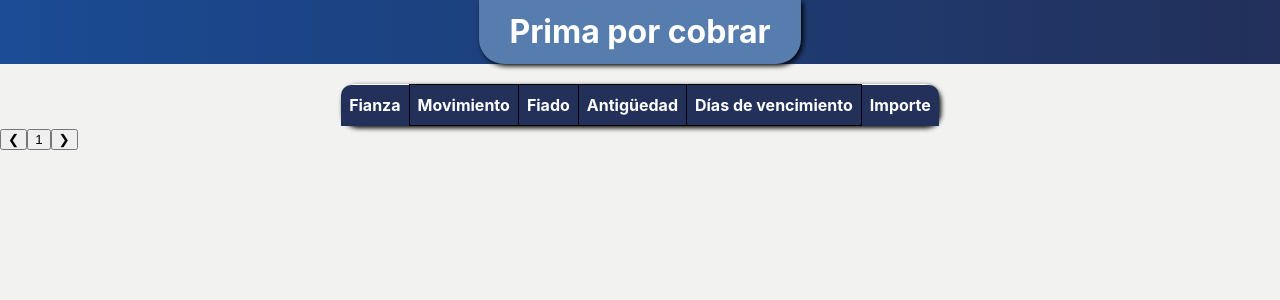
Repository: PCGP22/prueba-t-cnica-liberty-finanzas
Page: / (app in Prueba técnica full-stack/client/)
An editor plug-in stored every save of this project. The page is shown before and after the next save, followed by the edit.
The browser window is 1280 px wide. The pictures show the whole page.
The page's requests for data from a server got no answer. The project was rebuilt for these pictures with package versions that can differ from the ones it lists, and the page was loaded fresh each time. No one was signed in, and anything a server would have sent is missing. Also part of the build but not shown: Prueba técnica full-stack/client/vite.config.js, Prueba técnica full-stack/client/src/components/Card.jsx, Prueba técnica full-stack/client/src/components/CardsContainer.jsx, Prueba técnica full-stack/client/src/components/Filters.jsx.

Above is the page before, as saved 2023-11-14 08:32:20.

### Prueba técnica full-stack/client/src/App.jsx
import { dataContext } from "./context/dataContext";
import Table from "./components/Table";
import { useEffect, useReducer } from "react";
import Pagination from "./components/pagination";
import reducer from "./hooks/Reducer";
import Header from "./components/Header";

function App() {
  let url = "http://localhost:5000/primas";
  const initialState = {
    backupData: {},
    data: {},
    dataToShow: {},
    currentPage: 1,
    maxPages: 1,
    contentPerPage: 8,
  };

  const [state, dispatch] = useReducer(reducer, initialState);
  useEffect(() => {
    fetch(url)
      .then((res) => res.json())
      .then((data) => dispatch({ type: "initialize", payload: data.primas }));
  }, [url]);

  return (
    <dataContext.Provider value={[state, dispatch]}>
      <Header />
      <Table />
      <Pagination />
    </dataContext.Provider>
  );
}

export default App;

### Prueba técnica full-stack/client/src/index.css
:root {
  font-family: Inter, system-ui, Avenir, Helvetica, Arial, sans-serif;
  line-height: 1.5;
  font-weight: 400;
  --background-color: #f2f2f1;
  --darkest-blue: #22305a;
  --blue: #1a4b94;
  --light-blue: #577dae;
  --lightest-blue: #9fbde4;
  --status-red: #de7878;
  --status-yellow: #f6c476;
  --status-green: #8fc475;
  --icon-red: #b93d3d;
  --icon-green: #6cb85d;
  --text-blue: #3a689d;
  --text-red:  #af2e2c;
  --box-shadow: black 2px 2px 5px;
}
body, h1{
  margin: 0;
  padding: 0;
}
body{
  background-color:var(--background-color);
}
header{
  display: flex;
  flex-direction: column;
  align-items: center;
}
h1{
  display: inline-block;
  padding: 8px 30px;
  border-radius: 0 0 25px 25px;
  background-color: var(--light-blue);
  color:white;
  text-align: center;
  box-shadow: var(--box-shadow);
}

header{
  background-image: linear-gradient(to right,var(--blue), var(--darkest-blue));
  width: 100%;
}

.filters{
  margin-top: 40px;
  display: flex;
  gap: 40px;
  align-self: flex-start;
  padding-left: 5%;
}
.filters select{
  height: 40px;
  font-size: larger;
  border-radius: 5px;
  border: black 2px solid;
}

.cards{
  padding: 2% 5%;
  box-sizing: border-box;
  display: flex;
  justify-content: space-between;
  width: 100%;
}

.cards figure{
  background-color: var(--background-color);
  min-width: 250px;
  padding: 0.5% 2%;
  border-radius: 10px;
  box-shadow: var(--box-shadow);
}

.cards figure h3{
  margin: 0;
}

.cards figure > p{
  font-size: 1.8em;
  text-align: center;
}

.cards div{
  display: inline-flex;
  flex-wrap: wrap;
  max-width: 40%;
  align-items: center;
  justify-content: center;
  gap:20px;
}

.cards div p {
  margin: 0;
}

.cards div p:first-of-type {
  font-size: 1.5em;
}

.cards div p:last-of-type{
  font-size: 1.2em;
  margin: 0;
}

.icon{
  background-image: linear-gradient(to right,var(--blue), var(--darkest-blue));
  font-size: 1.5em;
  padding: 4px;
  border-radius: 50%;
}
.positive{
  color:var(--text-blue);
  margin-right: 20px;
}
.negative{
  color:var(--text-red);
  margin-left:20px;
}
.cross{
  color: var(--icon-red)
}
.check{
  color: var(--icon-green)
}

table{
  margin: auto;
  margin-top: 20px;
  background-color:white;
  border-radius:15px;
  box-shadow: var(--box-shadow);
  padding: 0;
}
table tr:first-child{
  background-color:var(--darkest-blue);
  color:white;
}

table tr th:first-child{
  border-radius:10px 0 0 0;
}


table tr th:last-child{
  border-radius: 0 10px  0 0;
}
table tr th{
  padding: 8px;
}

table, td, th{
  padding: 2px 8px;
  border-spacing: 0;
  border-collapse: collapse;

}

td, th{
  border: black solid 1px;
}

table tr th:first-child,
table tr th:last-child,
table tr:last-child td:first-child,
table tr:last-child td:last-child{
  border:transparent;
}

table tr:nth-child(2n){
  background-color:var(--lightest-blue)
}
table tr:hover{
  text-decoration: underline;
}

table tr:nth-child(2n):hover{
  filter:brightness(110%)
}
table tr:nth-child(2n-1):hover{
  background-color: var(--background-color);
}

table tr:first-child:hover{
  background-color:var(--darkest-blue);
  text-decoration: none;
}

.green{
  background-color:var(--status-green);
}
.yellow{
  background-color:var(--status-yellow);
}
.red{
  background-color:var(--status-red);
}

.pagination{
  margin: auto;
}

### Prueba técnica full-stack/client/src/context/dataContext.js
import { createContext } from "react";

export const dataContext = createContext();

### Prueba técnica full-stack/client/src/components/Table.jsx
import { calculateAntiquityInDays } from "../utils/utils";
import { useContext } from "react";
import { dataContext } from "../context/dataContext";

function Table() {
  const [state, dispatch] = useContext(dataContext);

  return (
    <table>
      <tbody>
        <tr>
          <th>Fianza</th>
          <th>Movimiento</th>
          <th>Fiado</th>
          <th>Antigüedad</th>
          <th>Días de vencimiento</th>
          <th>Importe</th>
        </tr>
        {state.dataToShow.length > 0 &&
          state.dataToShow.map((t) => {
            let antiquity = calculateAntiquityInDays(
              t.datos["fecha de emisión"]
            );
            let daysSinceStale = calculateAntiquityInDays(
              t.datos["fecha de vencimiento"]
            );
            if (daysSinceStale < 0) daysSinceStale = 0;
            return (
              <tr key={t.datos.código_de_fianza}>
                <td>{t.datos.código_de_fianza}</td>
                <td>{t.datos.tipo_de_movimiento}</td>
                <td>{t.datos.fiado}</td>
                <td
                  className={`green ${daysSinceStale > 30 && "yellow"} ${
                    daysSinceStale > 60 && "red"
                  }`}>
                  {antiquity}
                </td>
                <td
                  className={`green ${daysSinceStale > 30 && "yellow"} ${
                    daysSinceStale > 60 && "red"
                  }`}>
                  {daysSinceStale}
                </td>
                <td>${t.datos.importe.toLocaleString()}</td>
              </tr>
            );
          })}
      </tbody>
    </table>
  );
}

export default Table;

### Prueba técnica full-stack/client/src/components/pagination.jsx
import { useContext } from "react";
import { dataContext } from "../context/dataContext";

function Pagination() {
  const [state, dispatch] = useContext(dataContext);

  //   return <button onClick={() => dispatch({ type: "change" })}>Cambiar</button>;
  //   const { state.maxPages, state.currentPage, setstate.CurrentPage, setNextPage, setPrevPage } =
  // useContext(dataContext);
  //This pagination is somewhat complex because I've used it before in bigger proyects.
  //First, it initializes the pagination buttons to the first 6 numbers except for the number 1
  //The reason it doesn't includes the first page is because the first and last page buttons are always shown
  let pagesButtons = [2, 3, 4, 5, 6];
  //while the current page stays on the first three pages, show all first 6
  //The reason for the if, it's that I want the first 6 buttons to be shown when returning from the latest pages
  if (
    state.currentPage === 1 ||
    state.currentPage === 2 ||
    state.currentPage === 3
  ) {
    pagesButtons = [2, 3, 4, 5, 6];
  }
  //As soon as we change to page 4 or more, let's follow the current page and
  //add two buttons to the left and two to the right
  if (state.currentPage >= 4) {
    pagesButtons = [
      state.currentPage - 2,
      state.currentPage - 1,
      state.currentPage,
      state.currentPage + 1,
      state.currentPage + 2,
    ];
  }
  //When approaching to the right end of the pagination, show the last 5 pages
  if (
    state.currentPage === state.maxPages - 1 ||
    state.currentPage === state.maxPages - 2 ||
    state.currentPage === state.maxPages
  ) {
    //The reason it doesn't includes the last page is because the first and last page buttons are always shown
    pagesButtons = [
      state.maxPages - 5,
      state.maxPages - 4,
      state.maxPages - 3,
      state.maxPages - 2,
      state.maxPages - 1,
    ];
  }
  return (
    <section className="pagination">
      <button
        //About the class: When in first or last page the navigation chevrons will have a special class
        //The same happens when the button is the current page
        className={`${state.currentPage === 1 && "disabled"}`}
        onClick={() => dispatch({ type: "prevPage" })}>
        ❮
      </button>
      {/* First button, always shown */}
      <button
        className={`${state.currentPage === 1 && "disabled"}`}
        onClick={() => dispatch({ type: "setPage", payload: 1 })}>
        1
      </button>
      {/* Adds three dots in case the current page is bigger than 4*/}
      {state.currentPage > 4 && <p>•••</p>}
      {/* Map through all pages defined in the first part*/}
      {pagesButtons.map((p) => {
        if (p > 1 && p < state.maxPages)
          return (
            <button
              className={`${state.currentPage === p && "disabled"}`}
              key={p}
              onClick={() => dispatch({ type: "setPage", payload: p })}>
              {p}
            </button>
          );
      })}
      {/* Adds three dots in case the current page is getting closer to the right end*/}
      {state.currentPage < state.maxPages - 3 && <p>•••</p>}
      {/* If there's more than 1 page, show always the last page*/}
      {state.maxPages > 1 && (
        <button
          className={`${state.currentPage === state.maxPages && "disabled"}`}
          onClick={() =>
            dispatch({ type: "setPage", payload: state.maxPages })
          }>
          {state.maxPages}
        </button>
      )}
      <button
        className={`${state.currentPage === state.maxPages && "disabled"}`}
        onClick={() => dispatch({ type: "nextPage" })}>
        ❯
      </button>
    </section>
  );
}

export default Pagination;

### Prueba técnica full-stack/client/src/hooks/Reducer.js
function reducer(state, action) {
  function divideData(data, currentPage, state) {
    let dividedData = data.slice(
      (currentPage - 1) * state.contentPerPage,
      currentPage * state.contentPerPage
    );
    return dividedData;
  }
  function calculateMaxPages(data, state) {
    let maxPages = Math.ceil(data.length / state.contentPerPage);
    return maxPages;
  }
  const { type, payload } = action;
  switch (type) {
    case "initialize":
      return {
        ...state,
        backupData: payload,
        data: payload,
        dataToShow: divideData(payload, 1, state),
        maxPages: calculateMaxPages(payload, state),
      };
    case "prevPage":
      if (state.currentPage > 1) {
        return {
          ...state,
          currentPage: state.currentPage - 1,
          dataToShow: divideData(state.data, state.currentPage - 1, state),
        };
      } else return state;
    case "nextPage":
      if (state.currentPage < state.maxPages) {
        return {
          ...state,
          currentPage: state.currentPage + 1,
          dataToShow: divideData(state.data, state.currentPage + 1, state),
        };
      } else return state;
    case "setPage":
      return {
        ...state,
        currentPage: payload,
        dataToShow: divideData(state.data, payload, state),
      };
    case "filter":
      if (payload.filter === "") {
        return { ...state, dataToShow: state.backupData };
      } else
        return {
          ...state,
          dataToShow: state.backupData.filter(
            (d) => d[payload.type] === payload.filter
          ),
        };
    default:
      return state;
  }
}

export default reducer;

### Prueba técnica full-stack/client/src/components/Header.jsx
import CardsContainer from "./CardsContainer";
import Filters from "./Filters";

function Header() {
  return (
    <header>
      <h1>Prima por cobrar</h1>
      <Filters />
      <CardsContainer />
    </header>
  );
}

export default Header;

### Prueba técnica full-stack/client/src/utils/utils.js
//This function calculates how many days have passed since a date
export function calculateAntiquityInDays(date) {
  let parsedDate = parseDate(date);
  const CONSTANT_Ms_TO_DAYS = 86400000;
  let today = new Date();
  let comparisonDate = new Date(parsedDate);
  return Math.trunc((today - comparisonDate) / CONSTANT_Ms_TO_DAYS) - 1;
}

//transforms the date DD/MM/YYYY to an acceptable MM/DD/YYYY
function parseDate(date) {
  let stringToArray = date.split("/");
  let temp = stringToArray[0];
  stringToArray[0] = stringToArray[1];
  stringToArray[1] = temp;
  return stringToArray.join("/");
}

Loaded but not shown: Prueba técnica full-stack/client/index.html (common file); Prueba técnica full-stack/client/src/main.jsx (common file)

After the next save:
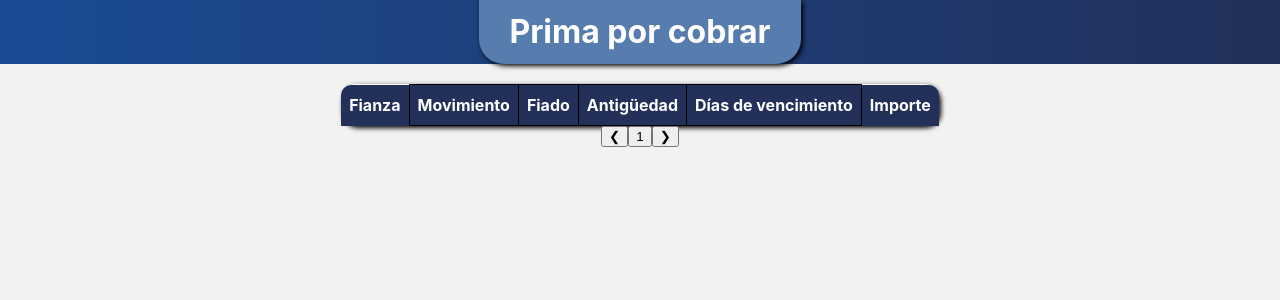
Saved 28 s later.
--- a/Prueba técnica full-stack/client/src/index.css
+++ b/Prueba técnica full-stack/client/src/index.css
@@ -199,4 +199,6 @@ table tr:first-child:hover{
 
 .pagination{
   margin: auto;
-}
+  display: flex;
+  justify-content: center;
+}
